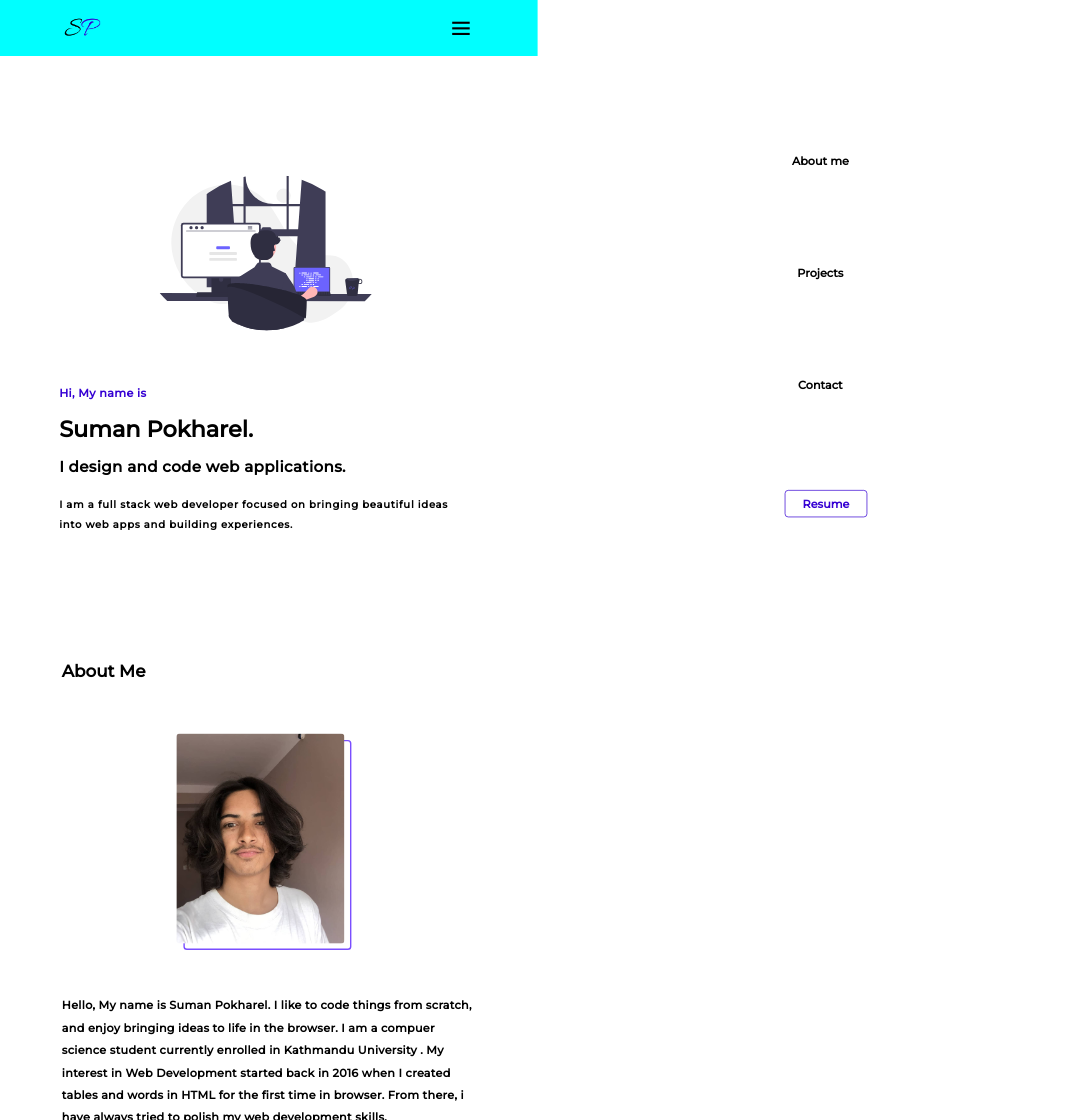
Repository: iamsumanp/portfolio
Page: /
These files come from the project's save history. The page is drawn as it stood at one moment and after the next save; the edit follows.
The browser window is 768 px wide. The page is 1536 px wide, so the pictures cover 1536 px, including what lies to the right of the window. The pictures show the part of the page from y = 0 to 1600 px (the page is 5953 px tall before and 5937 px after), at 70% of full size.
The project was rebuilt for these pictures with package versions that can differ from the ones it lists, and the page was loaded fresh each time.

Above is the page before, as saved 2022-07-11 16:00:43.

After the next save:
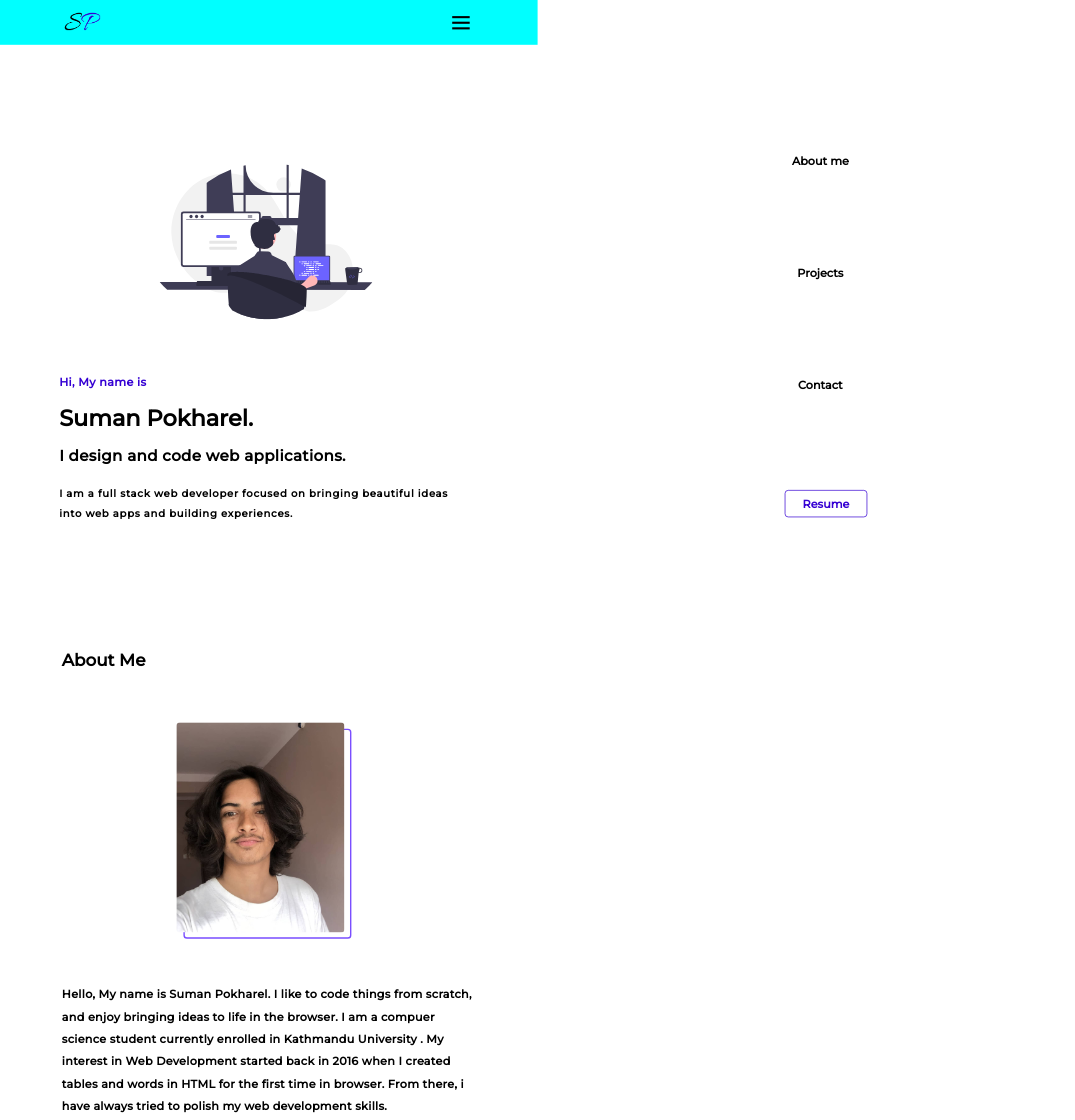
Saved 16 s later.
--- a/src/styles/styles.css
+++ b/src/styles/styles.css
@@ -25,7 +25,7 @@ body {
   flex-direction: row;
   justify-content: space-between;
   align-items: center;
-  min-height: 5rem;
+  min-height: 4rem;
   font-weight: bolder;
   padding: 0.2% 12.5%;
   background-color: aqua;
@@ -609,4 +609,4 @@ body {
   .spSpan {
     text-align: center;
   }
-}/*# sourceMappingURL=styles_20220711160043.css.map */
+}/*# sourceMappingURL=styles_20220711160059.css.map */
